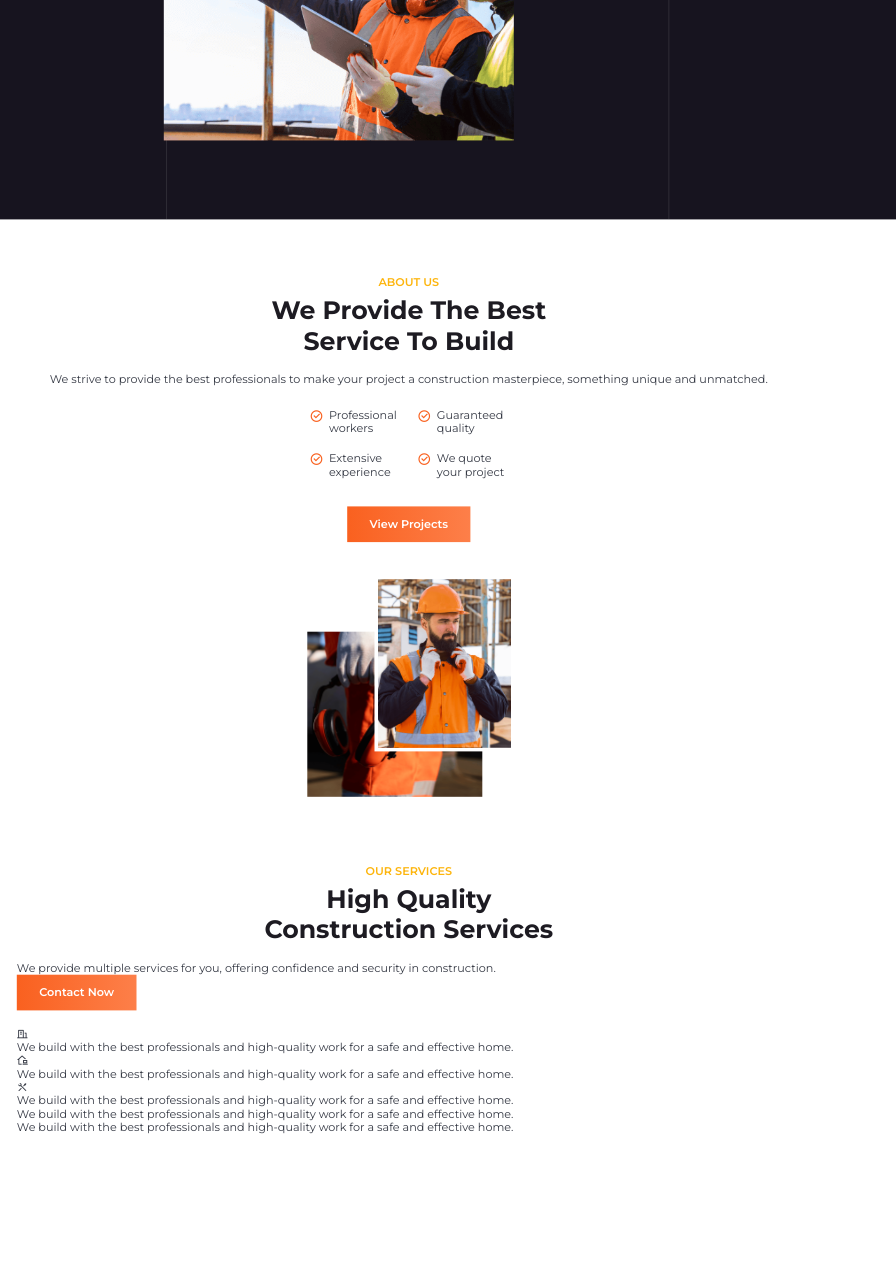
Repository: douglasabnovato/construction
Page: index.html
These files come from the project's save history. The page is drawn as it stood at one moment and after a run of saves; the edit follows.
The browser window is 1280 px wide. The pictures show the part of the page from y = 1508 to 3428 px (the page is 3336 px tall before and 3428 px after), at 70% of full size.

Above is the page before, as saved 2025-05-01 12:50:49.

### index.html
<!DOCTYPE html>
<html lang="en">
  <head>
    <meta charset="UTF-8" />
    <meta name="viewport" content="width=device-width, initial-scale=1.0" />

    <!--=============== FAVICON ===============-->
    <link
      rel="shortcut icon"
      href="assets/img/favicon.png"
      type="image/x-icon"
    />

    <!--=============== REMIXICONS ===============-->
    <link
      rel="stylesheet"
      href="https://cdnjs.cloudflare.com/ajax/libs/remixicon/4.2.0/remixicon.css"
    />

    <!--=============== SWIPER CSS ===============-->
    <link rel="stylesheet" href="" />

    <!--=============== CSS ===============-->
    <link rel="stylesheet" href="assets/css/styles.css" />

    <title>Construction</title>
  </head>
  <body>
    <!--==================== HEADER ====================-->
    <header class="header bg-header" id="header">
      <nav class="nav container">
        <a href="#" class="nav__logo">
          <i class="ri-bulding-3-line"></i>
          <span>Construct</span>
        </a>
        <div class="nav__menu" id="nav-menu">
          <u class="nav__list">
            <li>
              <a href="#home" class="nav__link">Home</a>
            </li>
            <li>
              <a href="#aboutus" class="nav__link"> About Us</a>
            </li>
            <li>
              <a href="#services" class="nav__link"> Services</a>
            </li>
            <li>
              <a href="#projects" class="nav__link"> Projects</a>
            </li>
            <li>
              <a href="#contactus" class="nav__link button"> Contact Us</a>
            </li>
          </u>
          <!-- Close Button -->
          <div class="nav__close" id="nav-close">
            <i class="ri-close-large-line"></i>
          </div>
        </div>
        <!-- Toggle menu -->
        <div class="nav__toggle" id="nav-toggle">
          <i class="ri-apps-2-line"></i>
        </div>
      </nav>
    </header>

    <!--==================== MAIN ====================-->
    <main class="main">
      <!--==================== HOME ====================-->
      <section class="home section" id="home">
        <img
          src="./assets/img/home-lines-bg.svg"
          alt="image"
          class="home__lines"
        />
        <div class="home__container container grid">
          <div class="home__container grid">
            <div class="home__data">
              <h1 class="home__title">
                Create The<br />
                Constructions<br />
                You Want Here
              </h1>
              <p class="home__description">
                We provide the best home design, construction and maintenance
                services for you and your family.
              </p>
              <div class="home__buttons">
                <a href="#services" class="button">Our Services</a>
                <a href="#projects" class="button__link"
                  ><span>View Projects</span> <i class="ri-arrow-right-line"></i
                ></a>
              </div>
            </div>
            <div class="home__info">
              <div>
                <h3 class="home__info-title">10+</h3>
                <p class="home__info-description">
                  Years of <br />
                  Experience
                </p>
              </div>
              <div>
                <h3 class="home__info-title">200</h3>
                <p class="home__info-description">
                  Complete <br />
                  Projects
                </p>
              </div>
            </div>
          </div>
          <div class="home__images">
            <img src="./assets/img/home-img-1.png" alt="imagem" />
            <img src="./assets/img/home-img-2.png" alt="imagem" />
          </div>
        </div>
      </section>

      <!--==================== ABOUT ====================-->
      <section class="about section" id="about">
        <div class="about__container container grid">
          <div class="about__data">
            <span class="section__subtitle">ABOUT US</span>
            <h2 class="section__title">
              We Provide The Best <br />
              Service To Build
            </h2>
            <p class="about__description">
              We strive to provide the best professionals to make your project a
              construction masterpiece, something unique and unmatched.
            </p>
            <ul class="about__list grid">
              <li class="about__list-item">
                <i class="ri-checkbox-circle-line"></i>
                <span>Professional workers</span>
              </li>
              <li class="about__list-item">
                <i class="ri-checkbox-circle-line"></i>
                <span>Guaranteed quality</span>
              </li>
              <li class="about__list-item">
                <i class="ri-checkbox-circle-line"></i>
                <span>Extensive experience</span>
              </li>
              <li class="about__list-item">
                <i class="ri-checkbox-circle-line"></i>
                <span>We quote your project</span>
              </li>
            </ul>
            <a href="#" class="button">View Projects</a>
          </div>
          <div class="about__images">
            <img
              src="./assets/img/about-img-1.png"
              alt="image"
              class="about__img-1"
            />
            <img
              src="./assets/img/about-img-2.png"
              alt="image"
              class="about__img-2"
            />
          </div>
        </div>
      </section>

      <!--==================== SERVICES ====================-->
      <section class="services section" id="services">
        <div class="services__container container grid">
          <div class="services__data">
            <div>
              <span class="section__subtitle">OUR SERVICES</span>
              <h2 class="section__title">
                High Quality <br />
                Construction Services
              </h2>
            </div>
            <p class="services__description">
              We provide multiple services for you, offering confidence and
              security in construction.
            </p>
            <a href="#contact" class="button">Contact Now</a>
          </div>
          <div class="services__swiper">
            <div>
              <article class="services__card">
                <div class="services__icon">
                  <i class="ri-building-line"></i>
                </div>
                <h3 class="services__title"></h3>
                <p>
                  We build with the best professionals and high-quality work for
                  a safe and effective home.
                </p>
              </article>
              <article class="services__card">
                <div class="services__icon">
                  <i class="ri-home-office-line"></i>
                </div>
                <h3 class="services__title"></h3>
                <p>
                  We build with the best professionals and high-quality work for
                  a safe and effective home.
                </p>
              </article>
              <article class="services__card">
                <div class="services__icon"><i class="ri-tools-line"></i></div>
                <h3 class="services__title"></h3>
                <p>
                  We build with the best professionals and high-quality work for
                  a safe and effective home.
                </p>
              </article>
              <article class="services__card">
                <div class="services__icon"></div>
                <h3 class="services__title"></h3>
                <p>
                  We build with the best professionals and high-quality work for
                  a safe and effective home.
                </p>
              </article>
              <article class="services__card">
                <div class="services__icon"></div>
                <h3 class="services__title"></h3>
                <p>
                  We build with the best professionals and high-quality work for
                  a safe and effective home.
                </p>
              </article>
            </div>
          </div>
          <!-- Navigation buttons -->
        </div>
        <div class="services__shape"></div>
      </section>

      <!--==================== PROJECTS ====================-->
      <section class="projects section" id="projects"></section>

      <!--==================== CONTACT ====================-->
      <section class="contact section" id="contact"></section>
    </main>

    <!--==================== FOOTER ====================-->
    <footer class="footer"></footer>

    <!--========== SCROLL UP ==========-->

    <!--=============== SCROLLREVEAL ===============-->
    <script src=""></script>

    <!--=============== SWIPER JS ===============-->
    <script src=""></script>

    <!--=============== MAIN JS ===============-->
    <script src="assets/js/main.js"></script>
  </body>
</html>

### assets/css/styles.css
/*=============== GOOGLE FONTS ===============*/
@import url("https://fonts.googleapis.com/css2?family=Montserrat:wght@100..900&display=swap");

/*=============== VARIABLES CSS ===============*/
:root {
  --header-height: 3.5rem;

  /*========== Colors ==========*/
  /*Color mode HSL(hue, saturation, lightness)*/
  --first-color: hsl(18, 95%, 55%);
  --second-color: hsl(42, 98%, 52%);
  --first-gradient: linear-gradient(
    90deg,
    hsl(18, 95%, 55%),
    hsl(18, 98%, 64%)
  );
  --title-color: hsl(255, 12%, 12%);
  --text-color: hsl(225, 12%, 24%);
  --text-color-light: hsl(255, 4%, 70%);
  --body-color: hsl(0, 0%, 100%);
  --container-color: hsl(0, 0%, 100%);
  --white-color: hsl(0, 0%, 100%);
  --black-color: hsl(255, 20%, 10%);
  --gray-border: hsl(255, 6%, 90%);
  --black-border: hsl(255, 10%, 20%);

  /*========== Font and typography ==========*/
  /*.5rem = 8px | 1rem = 16px ...*/
  --body-font: "Montserrat", sans-serif;
  --big-font-size: 2.25rem;
  --h1-font-size: 1.5rem;
  --h2-font-size: 1.25rem;
  --h3-font-size: 1rem;
  --normal-font-size: 0.938rem;
  --small-font-size: 0.813rem;

  /*========== Font weight ==========*/
  --font-regular: 400;
  --font-medium: 500;
  --font-semi-bold: 600;
  --font-bold: 700;

  /*========== z index ==========*/
  --z-tooltip: 10;
  --z-fixed: 100;
}

/*========== Responsive typography ==========*/
@media screen and (min-width: 1150px) {
  :root {
    --big-font-size: 3.5rem;
    --h1-font-size: 2.25rem;
    --h2-font-size: 1.5rem;
    --h3-font-size: 1.25rem;
    --normal-font-size: 1rem;
    --small-font-size: 0.875rem;
  }
}

/*=============== BASE ===============*/
* {
  box-sizing: border-box;
  padding: 0;
  margin: 0;
}

html {
  scroll-behavior: smooth;
}

body {
  font-family: var(--body-font);
  font-size: var(--normal-font-size);
  background-color: var(--body-color);
  color: var(--text-color);
}

h1,
h2,
h3,
h4 {
  color: var(--title-color);
  font-weight: var(--font-semi-bold);
}

ul {
  list-style: none;
}

a {
  text-decoration: none;
}

img {
  display: block;
  max-width: 100%;
  height: auto;
}

/*=============== REUSABLE CSS CLASSES ===============*/
.container {
  max-width: 1120px;
  margin-inline: 1.5rem;
}

.grid {
  display: grid;
  gap: 1.5rem;
}

.section {
  padding-block: 5rem 1rem;
}
.section__title,
.section__subtitle {
  text-align: center;
}

.section__title {
  font-size: var(--h1-font-size);
  font-weight: var(--font-bold);
  margin-bottom: 1.5rem;
}

.section__subtitle {
  display: block;
  font-size: var(--normal-font-size);
  font-weight: var(--font-semi-bold);
  color: var(--second-color);
  margin-bottom: 0.5rem;
}

.main {
  overflow: hidden;
}

/*=============== HEADER & NAV ===============*/
.header {
  position: fixed;
  width: 100%;
  top: 0;
  left: 0;
  background-color: transparent;
  z-index: var(--z-fixed);
  transition: background-color .4s;
}

.nav {
  position: relative;
  height: var(--header-height);
  display: flex;
  justify-content: space-between;
  align-items: center;
}

.nav__logo {
  display: flex;
  align-items: center;
  column-gap: 0.25rem;
}

.nav__logo span {
  color: var(--white-color);
  font-weight: var(--font-semi-bold);
  transition: color 0.4s;
}

.nav__logoi i {
  color: var(--first-color);
  font-size: 1.5rem;
}

.nav__toggle,
.nav__close {
  font-size: 1.5rem;
  color: var(--white-color);
  cursor: pointer;
  transition: color 0.4s;
}

/* Navigation for mobile devices */
@media screen and (max-width: 1150px) {
  .nav__menu {
    position: fixed;
    top: 0;
    right: -100%;
    background-color: var(--black-color);
    width: 80%;
    height: 100%;
    padding: 7.5rem 3.5rem 0;
    border-left: 2px solid var(--black-border);
    transition: right 0.4s;
  }
}

.nav__list {
  display: flex;
  flex-direction: column;
  row-gap: 4rem;
}

.nav__link {
  color: var(--text-color-light);
  font-weight: var(--font-semi-bold);
  transition: color 0.4s;
}

.nav__link:hover {
  color: var(--first-color);
}

.nav__close {
  position: absolute;
  top: 1rem;
  right: 1.5rem;
}

/* Show menu */
.show-menu {
  right: 0;
}

/* Change background header */
.bg-header{
  background-color: var(--body-color);
  box-shadow: 0 4px 16px hsla(255, 90%, 8%, .1);
}

.bg-header .nav__logo span,
.bg-header .nav__toggle{
  color: var(--title-color);
}

/* Active link */

/*=============== HOME ===============*/
.home {
  position: relative;
  background-color: var(--black-color);
}

.home__container {
  position: relative;
  row-gap: 3rem;
  padding-block: 2.5rem 6rem;
}

.home__content {
  row-gap: 2.5rem;
}

.home__data {
  text-align: center;
}

.home__title {
  color: var(--white-color);
  font-size: var(--big-font-size);
  font-weight: var(--font-bold);
  margin-bottom: 1rem;
}

.home__description{
  margin-bottom: 2.5rem;
  color: var(--text-color-light);
}

.home_buttons{
  display: flex;
  justify-content: center;
  align-items: center;
  gap: 1rem;
}

.home__info{
  display: flex;
  justify-content: center;
  column-gap: 4.5rem;
}

.home__info-title{
  color: var(--second-color);
  font-size: var(--big-font-size);
  font-weight: var(--font-bold);
  margin-bottom: .5rem;
}

.home__info-description{
  font-size: var(--small-font-size);
  color: var(--white-color);
}

.home__images{
  position: relative;
  justify-self: center;
}

.home__img-1{
  width: 250px;
  margin-left: 3.5rem;
}

.home__img-2{
  width: 150px;
  border: 5px solid var(--black-color);
  position: absolute;
  left: 0;
  bottom: -3.5rem;
}

.home__lines{
  position: absolute;
  top: 0;
  left: 0;
  width: 100%;
  height: 100%;
  object-fit: cover;
  object-position: right;
}

/*=============== BUTTON ===============*/
.button {
  display: inline-flex;
  background: var(--first-gradient);
  color: var(--white-color);
  font-weight: var(--font-semi-bold);
  padding: 1rem 2rem;
  transition: box-shadow .4s;
}

.button:hover{
  box-shadow: 0 8px 32px hsla(18, 95%, 55%, .3);
  color: var(--white-color);
}

.button__link {
  display: flex;
  align-items: center;
  column-gap: .25rem;
  color: var(--first-color);
}

.button__link span{
  font-weight: var(--font-semi-bold);
}

.button__link i {
  font-size: 1.5rem;
  transition: transform .4s;
}

.button__link:hover i {
  transform: translateX(.25rem)
}

/*=============== ABOUT ===============*/
.about__container {
  row-gap: 8rem;
}

.about__data {
  text-align: center;
}

.about__description {
  margin-bottom: 2rem;
}

.about__list {
  text-align: initial;
  grid-template-columns: repeat(2, 130px);
  justify-content: center;
  gap: 1.5rem;
  margin-bottom: 2.5rem;
}

.about__list-item {
  display: flex;
  column-gap: .5rem;
  color: var(--tittle-color);
}

.about__list-item i {
  font-size: 1.25rem;
  color: var(--first-color);
}

.about__images{
  position: relative;
  justify-self: center;
}

.about__img-1 {
  width: 200px;
  border: 5px solid var(--body-color);
  position: absolute;
  top: -5rem;
  left: 6rem;
}

.about__img-2 {
  width: 250px;
  margin-right: 2.5rem;
}


/*=============== SERVICES ===============*/

/* Swiper class */

/*=============== PROJECTS ===============*/

/*=============== CONTACT ===============*/

/*=============== FOOTER ===============*/

/*=============== SCROLL BAR ===============*/

/*=============== SCROLL UP ===============*/

/* Show Scroll Up */

/*=============== BREAKPOINTS ===============*/
/* For small devices */

/* For medium devices */

/* For large devices */

### assets/js/main.js
/*=============== SHOW MENU ===============*/
const navMenu = document.getElementById('nav-menu'),
      navToggle = document.getElementById('nav-toggle'),
      navClose = document.getElementById('nav-close')

/* Menu show */
if(navToggle){
    navToggle.addEventListener('click', () =>{
        navMenu.classList.add('show-menu')
    })
}

/* Menu hidden */
if(navClose){
    navClose.addEventListener('click', () =>{
        navMenu.classList.remove('show-menu')
    })
}

/*=============== REMOVE MENU MOBILE ===============*/
const navLink = document.querySelectorAll('.nav__link')

const linkAction = () =>{
    const navMenu = document.getElementById('nav-menu')
    // When we click on each nav__link, we remove the show-menu class
    navMenu.classList.remove('show-menu')
}
navLink.forEach(n => n.addEventListener('click', linkAction))


/*=============== CHANGE BACKGROUND HEADER ===============*/
const bgHeader = () =>{
    const header = document.getElementById('header')
    // Add a class if the bottom offset is greater than 50 of the viewport
    this.scrollY >= 50 ? header.classList.add('bg-header')
                       : header.classList.remove('bg-header')
}
window.addEventListener('scroll', bgHeader)
bgHeader()

/*=============== SWIPER SERVICES ===============*/

/*=============== SHOW SCROLL UP ===============*/

/*=============== SCROLL SECTIONS ACTIVE LINK ===============*/

/*=============== SCROLL REVEAL ANIMATION ===============*/

After the next 2 saves:
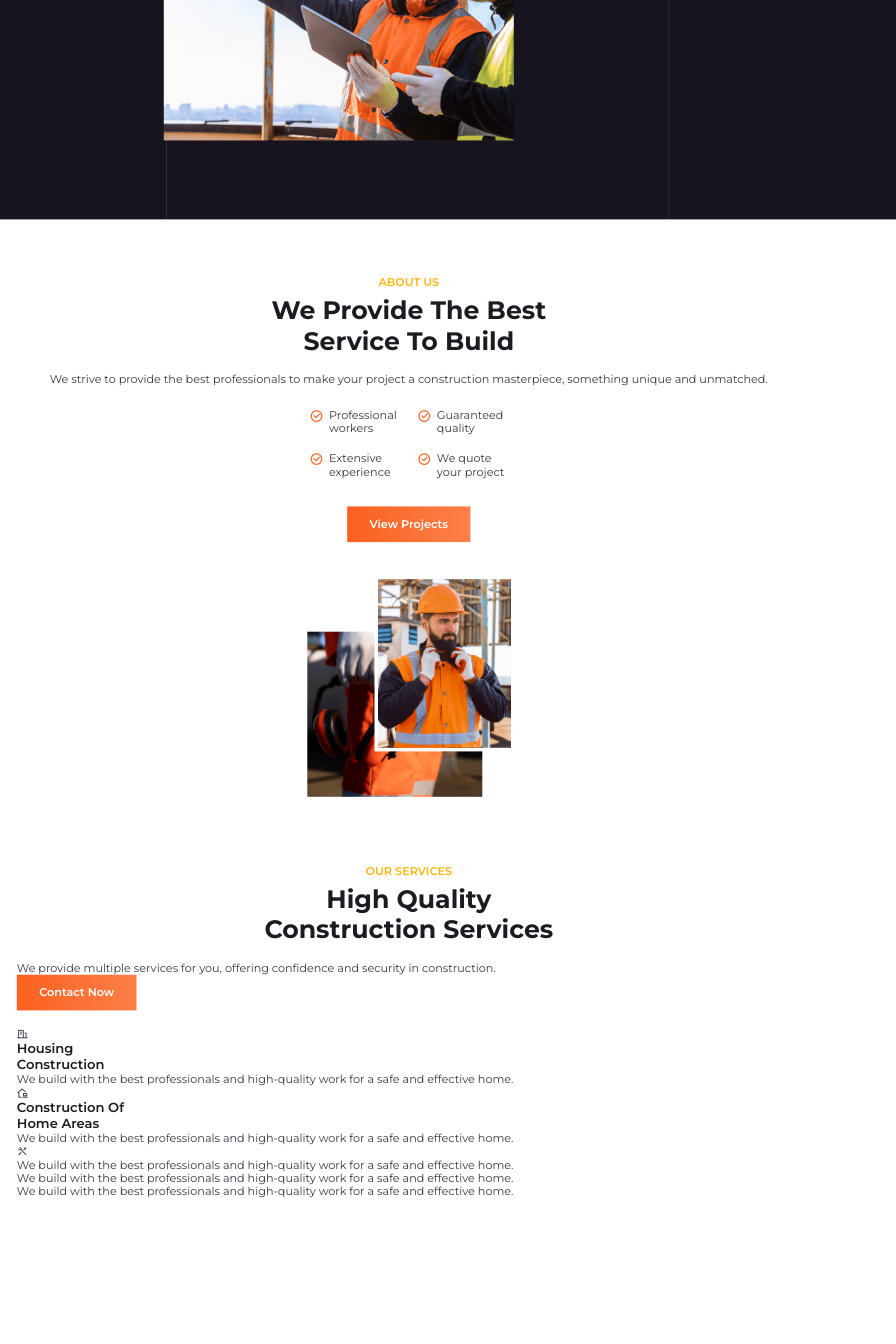
The 2 saves are shown as one change because they came seconds apart.
The last was saved 28 s later.
--- a/index.html
+++ b/index.html
@@ -186,7 +186,10 @@
                 <div class="services__icon">
                   <i class="ri-building-line"></i>
                 </div>
-                <h3 class="services__title"></h3>
+                <h3 class="services__title">
+                  Housing <br />
+                  Construction
+                </h3>
                 <p>
                   We build with the best professionals and high-quality work for
                   a safe and effective home.
@@ -196,7 +199,10 @@
                 <div class="services__icon">
                   <i class="ri-home-office-line"></i>
                 </div>
-                <h3 class="services__title"></h3>
+                <h3 class="services__title">
+                  Construction Of <br />
+                  Home Areas
+                </h3>
                 <p>
                   We build with the best professionals and high-quality work for
                   a safe and effective home.
